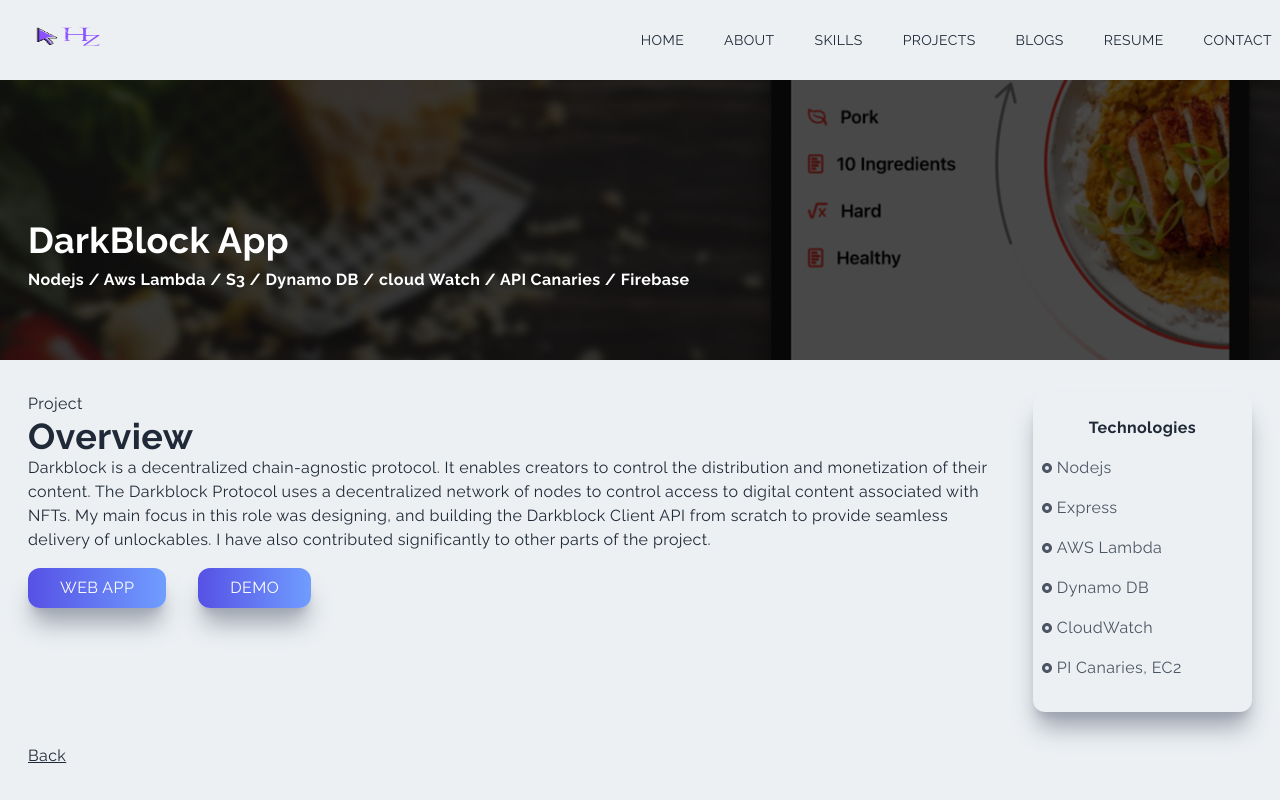
Repository: Hasnainzxc/testofolio
Page: /whatscooking
These files come from the project's save history. The page is drawn as it stood at one moment and after the next save; the edit follows.
The browser window is 1280 px wide. The pictures show the whole page.
The project was rebuilt for these pictures with package versions that can differ from the ones it lists, and the page was loaded fresh each time. The framework's server and built-in components were replaced by stand-ins that run in the browser. Also part of the build but not shown: next.config.js.

Above is the page before, as saved 2023-01-29 07:28:27.

### pages/whatscooking.jsx
import Image from 'next/image';
import React from 'react';
import whatscookingImg from '../public/assets/sajidprojects/whatscooking.jpg';
import { RiRadioButtonFill } from 'react-icons/ri';
import Link from 'next/link';

const whatscooking = () => {
  return (
    <div className='w-full'>
      <div className='w-screen h-[50vh] relative'>
        <div className='absolute top-0 left-0 w-full h-[50vh] bg-black/70 z-10' />
        <Image
          className='absolute z-1'
          layout='fill'
          objectFit='cover'
          src={whatscookingImg}
          alt='/'
        />
        <div className='absolute top-[70%] max-w-[1240px] w-full left-[50%] right-[50%] translate-x-[-50%] translate-y-[-50%] text-white z-10 p-2'>
          <h2 className='py-2'>DarkBlock App</h2>
          <h3>Nodejs / Aws Lambda / S3 / Dynamo DB / cloud Watch / API Canaries / Firebase</h3>
        </div>
      </div>

      <div className='max-w-[1240px] mx-auto p-2 grid md:grid-cols-5 gap-8 py-8'>
        <div className='col-span-4'>
          <p>Project</p>
          <h2>Overview</h2>

          <p>
Darkblock is a decentralized chain-agnostic protocol. It enables creators to control the distribution and monetization of their content.
The Darkblock Protocol uses a decentralized network of nodes to control access to digital content associated with NFTs.
My main focus in this role was designing, and building the Darkblock Client API from scratch to provide seamless delivery of unlockables.
I have also contributed significantly to other parts of the project.   </p>


          <a
            href='https://app.darkblock.io/'
            target='_blank'
            rel='noreferrer'
          >
            <button className='px-8 py-2 mt-4 mr-8'>WEB APP</button>
          </a>
          <a
            href='https://app.darkblock.io/'
            target='_blank'
            rel='noreferrer'
          >
            <button className='px-8 py-2 mt-4'>DEMO</button>
          </a>
        </div>
        <div className='col-span-4 md:col-span-1 shadow-xl shadow-gray-400 rounded-xl py-4'>
          <div className='p-2'>
            <p className='text-center font-bold pb-2'>Technologies</p>
            <div className='grid grid-cols-3 md:grid-cols-1'>
              <p className='text-gray-600 py-2 flex items-center'>
                <RiRadioButtonFill className='pr-1' /> Nodejs
              </p>
              <p className='text-gray-600 py-2 flex items-center'>
                <RiRadioButtonFill className='pr-1' /> Express
              </p>
              <p className='text-gray-600 py-2 flex items-center'>
                <RiRadioButtonFill className='pr-1' /> AWS Lambda
              </p>
              <p className='text-gray-600 py-2 flex items-center'>
                <RiRadioButtonFill className='pr-1' />  Dynamo DB
              </p>
              <p className='text-gray-600 py-2 flex items-center'>
                <RiRadioButtonFill className='pr-1' /> CloudWatch
              </p>
              <p className='text-gray-600 py-2 flex items-center'>
                <RiRadioButtonFill className='pr-1' /> PI Canaries, EC2
              </p>
            </div>
          </div>
        </div>
        <Link href='/#projects'>
  <p className='underline cursor-pointer transition duration-500 ease-in-out hover:text-indigo-500'>Back</p>
</Link>

      </div>
    </div>
  );
};

export default whatscooking;

### components/Navbar.jsx
import Image from 'next/image';
import Link from 'next/link';
import React, { useState, useEffect } from 'react';
import { AiOutlineClose, AiOutlineMail, AiOutlineMenu } from 'react-icons/ai';
import { FaGithub, FaLinkedinIn } from 'react-icons/fa';
import { BsFillPersonLinesFill } from 'react-icons/bs';
// import { useRouter } from 'next/router';
import logo from '../public/assets/logo.png'

const Navbar = () => {
  const [nav, setNav] = useState(false);
  const [shadow, setShadow] = useState(false);
  const [navBg, setNavBg] = useState('#ecf0f3');
  const [linkColor, setLinkColor] = useState('#1f2937');
  // const [position, setPosition] = useState('fixed')
  // const router = useRouter();

  // useEffect(() => {
  //   if (
  //     router.asPath === '/property' ||
  //     router.asPath === '/crypto' ||
  //     router.asPath === '/netflix' ||
  //     router.asPath === '/twitch'
  //   ) {
  //     setNavBg('transparent');
  //     setLinkColor('#ecf0f3');
  //   } else {
  //     setNavBg('#ecf0f3');
  //     setLinkColor('#1f2937');
  //   }
  // }, [router]);

  const handleNav = () => {
    setNav(!nav);
  };

  useEffect(() => {
    const handleShadow = () => {
      if (window.scrollY >= 90) {
        setShadow(true);
      } else {
        setShadow(false);
      }
    };
    window.addEventListener('scroll', handleShadow);
  }, []);

  return (
    <div
      style={{ backgroundColor: `${navBg}` }}
      className={
        shadow
          ? 'fixed w-full h-20 shadow-xl z-[100] ease-in-out duration-300'
          : 'fixed w-full h-20 z-[100]'
      }
    >
      <div className='flex justify-between items-center w-full h-full px-2 2xl:px-16'>
        <Link href='/'>
          <a>
            <Image
              src={logo}
              alt='/'
              width='125'
              height='50'
              className='cursor-pointer'
            />
          </a>
        </Link>
        <div>
          <ul style={{ color: `${linkColor}` }} className='hidden md:flex'>
            <li className='ml-10 text-sm uppercase hover:border-b'>
              <Link href='/'>Home</Link>
            </li>
            <li className='ml-10 text-sm uppercase hover:border-b'>
              <Link href='/#about'>About</Link>
            </li>
            <li className='ml-10 text-sm uppercase hover:border-b'>
              <Link href='/#skills'>Skills</Link>
            </li>
            <li className='ml-10 text-sm uppercase hover:border-b'>
              <Link href='/#projects'>Projects</Link>
            </li>
            <li className='ml-10 text-sm uppercase hover:border-b'>
              <Link href='/#Blog'>Blogs</Link>
            </li>
            <li className='ml-10 text-sm uppercase hover:border-b'>
              <Link href='/resume'>Resume</Link>
            </li>
            <li className='ml-10 text-sm uppercase hover:border-b'>
              <Link href='/#contact'>Contact</Link>
            </li>
          </ul>
          {/* Hamburger Icon */}
          <div
            style={{ color: `${linkColor}` }}
            onClick={handleNav}
            className='md:hidden'
          >
            <AiOutlineMenu size={25} />
          </div>
        </div>
      </div>

      {/* Mobile Menu */}
      {/* Overlay */}
      <div
        className={
          nav ? 'md:hidden fixed left-0 top-0 w-full h-screen bg-black/70' : ''
        }
      >
        {/* Side Drawer Menu */}
        <div
          className={
            nav
              ? ' fixed left-0 top-0 w-[75%] sm:w-[60%] md:w-[45%] h-screen bg-[#ecf0f3] p-10 ease-in duration-500'
              : 'fixed left-[-100%] top-0 p-10 ease-in duration-500'
          }
        >
          <div>
            <div className='flex w-full items-center justify-between'>
              <Link href='/'>
                <a>
                  <Image
                    src={logo}
                    width='87'
                    height='35'
                    alt='/'
                  />
                </a>
              </Link>
              <div
                onClick={handleNav}
                className='rounded-full shadow-lg shadow-gray-400 p-3 cursor-pointer'
              >
                <AiOutlineClose />
              </div>
            </div>
            <div className='border-b border-gray-300 my-4'>
              <p className='w-[85%] md:w-[90%] py-4'>
                Let&#39;s build something legendary together
              </p>
            </div>
          </div>
          <div className='py-4 flex flex-col'>
            <ul className='uppercase'>
              <Link href='/'>
                <li onClick={() => setNav(false)} className='py-4 text-sm'>
                  Home
                </li>
              </Link>
              <Link href='/#about'>
                <li onClick={() => setNav(false)} className='py-4 text-sm'>
                  About
                </li>
              </Link>
              <Link href='/#skills'>
                <li onClick={() => setNav(false)} className='py-4 text-sm'>
                  Skills
                </li>
              </Link>
              <Link href='/#projects'>
                <li onClick={() => setNav(false)} className='py-4 text-sm'>
                  Projects
                </li>
              </Link>
              <Link href='/resume'>
                <li onClick={() => setNav(false)} className='py-4 text-sm'>
                  Resume
                </li>
              </Link>
              <Link href='/#contact'>
                <li onClick={() => setNav(false)} className='py-4 text-sm'>
                  Contact
                </li>
              </Link>
            </ul>
            <div className='pt-40'>
              <p className='uppercase tracking-widest text-[#5651e5]'>
                Let&#39;s Connect
              </p>
              <div className='flex items-center justify-between my-4 w-full sm:w-[80%]'>
                <a
                  href='
                  https://www.linkedin.com/in/hasnainzxc//'
                  target='_blank'
                  rel='noreferrer'
                >
                  <div className='rounded-full shadow-lg shadow-gray-400 p-3 cursor-pointer hover:scale-105 ease-in duration-300'>
                    <FaLinkedinIn />
                  </div>
                </a>
                <a
                  href='https://github.com/Hasnainzxc'
                  target='_blank'
                  rel='noreferrer'
                >
                  <div className='rounded-full shadow-lg shadow-gray-400 p-3 cursor-pointer hover:scale-105 ease-in duration-300'>
                    <FaGithub />
                  </div>
                </a>
                <Link href='/#contact'>
                  <div
                    onClick={() => setNav(!nav)}
                    className='rounded-full shadow-lg shadow-gray-400 p-3 cursor-pointer hover:scale-105 ease-in duration-300'
                  >
                    <AiOutlineMail />
                  </div>
                </Link>
                <Link href='/resume'>
                  <div
                    onClick={() => setNav(!nav)}
                    className='rounded-full shadow-lg shadow-gray-400 p-3 cursor-pointer hover:scale-105 ease-in duration-300'
                  >
                    <BsFillPersonLinesFill />
                  </div>
                </Link>
              </div>
            </div>
          </div>
        </div>
      </div>
    </div>
  );
};

export default Navbar;

Loaded but not shown: pages/_app.js (common file); pages/_document.js (common file); styles/globals.css (common file); tailwind.config.js (common file)

After the next save:
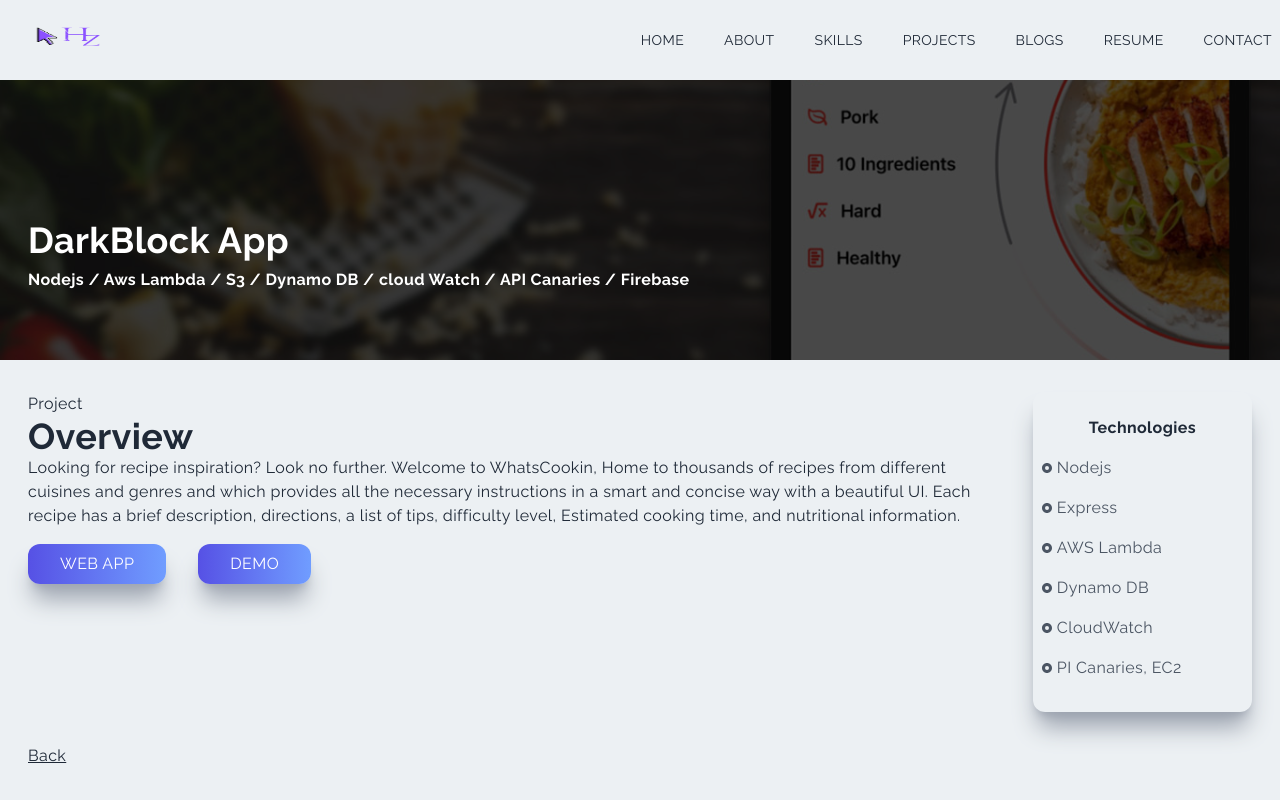
Saved 2 min 35 s later.
--- a/pages/whatscooking.jsx
+++ b/pages/whatscooking.jsx
@@ -28,10 +28,9 @@
           <h2>Overview</h2>
 
           <p>
-Darkblock is a decentralized chain-agnostic protocol. It enables creators to control the distribution and monetization of their content.
-The Darkblock Protocol uses a decentralized network of nodes to control access to digital content associated with NFTs.
-My main focus in this role was designing, and building the Darkblock Client API from scratch to provide seamless delivery of unlockables.
-I have also contributed significantly to other parts of the project.   </p>
+
+
+          Looking for recipe inspiration? Look no further. Welcome to WhatsCookin, Home to thousands of recipes from different cuisines and genres and which provides all the necessary instructions in a smart and concise way with a beautiful UI. Each recipe has a brief description, directions, a list of tips, difficulty level, Estimated cooking time, and nutritional information.</p>
 
 
           <a
